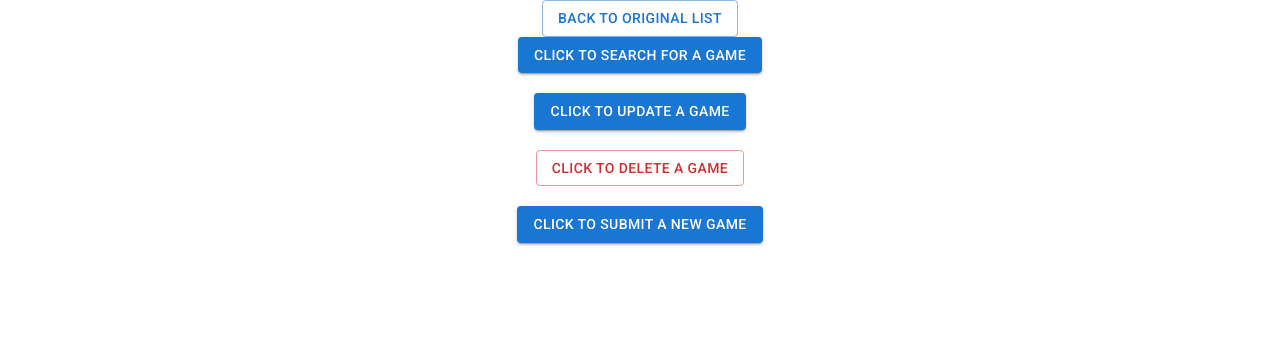
Repository: The-Software-Guild/assessment-2-react-nj10deadend
Page: / (app in Part-2/React-section/frontend/)
These files come from the project's save history. The page is drawn as it stood at one moment and after the next save; the edit follows.
The browser window is 1280 px wide. The pictures show the whole page.
The page's requests for data from a server got no answer. The project was rebuilt for these pictures with package versions that can differ from the ones it lists, and the page was loaded fresh each time. No one was signed in, and anything a server would have sent is missing. Also part of the build but not shown: Part-2/React-section/frontend/src/components/GameCards.js.

Above is the page before, as saved 2021-12-19 23:02:44.

After the next save:
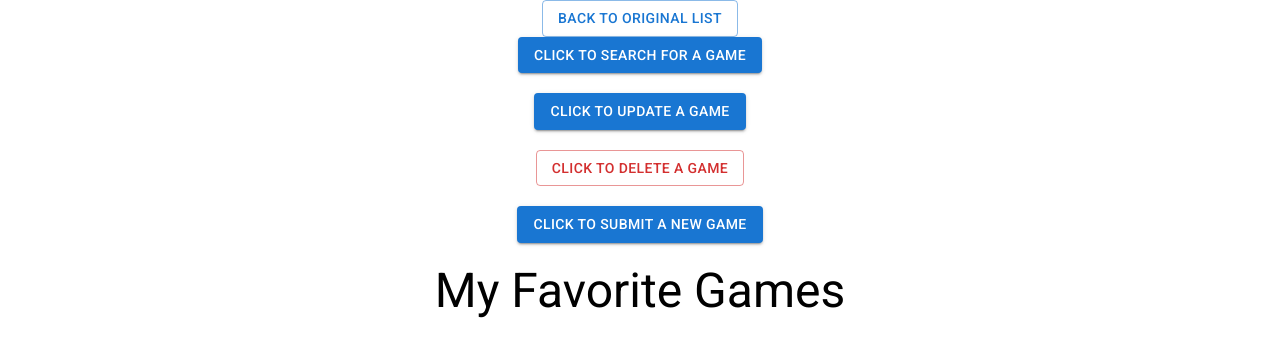
Saved 93 s later.
--- a/Part-2/React-section/frontend/src/App.js
+++ b/Part-2/React-section/frontend/src/App.js
@@ -40,6 +40,8 @@
       <AddGameForm setGameData={setGameData}/>
       <br></br>
 
+      <Typography variant="h3" component="Box" gutterBottom>My Favorite Games</Typography>
+
 
       <Home gameData={gameData}/>
 

After the 3 saves that followed:
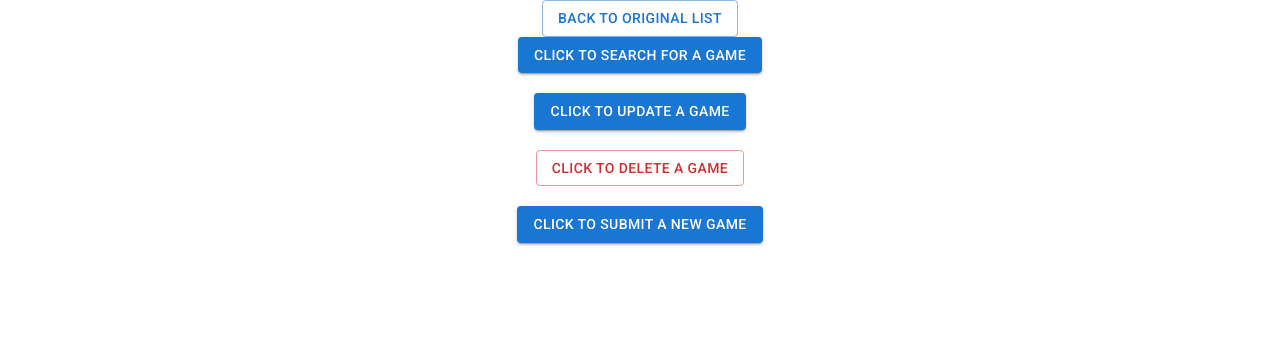
The 3 saves are shown as one change because 2 left the picture as it was.
The last was saved 35 s later.
--- a/Part-2/React-section/frontend/src/App.js
+++ b/Part-2/React-section/frontend/src/App.js
@@ -40,7 +40,7 @@
       <AddGameForm setGameData={setGameData}/>
       <br></br>
 
-      <Typography variant="h3" component="Box" gutterBottom>My Favorite Games</Typography>
+      <br></br>
 
 
       <Home gameData={gameData}/>
